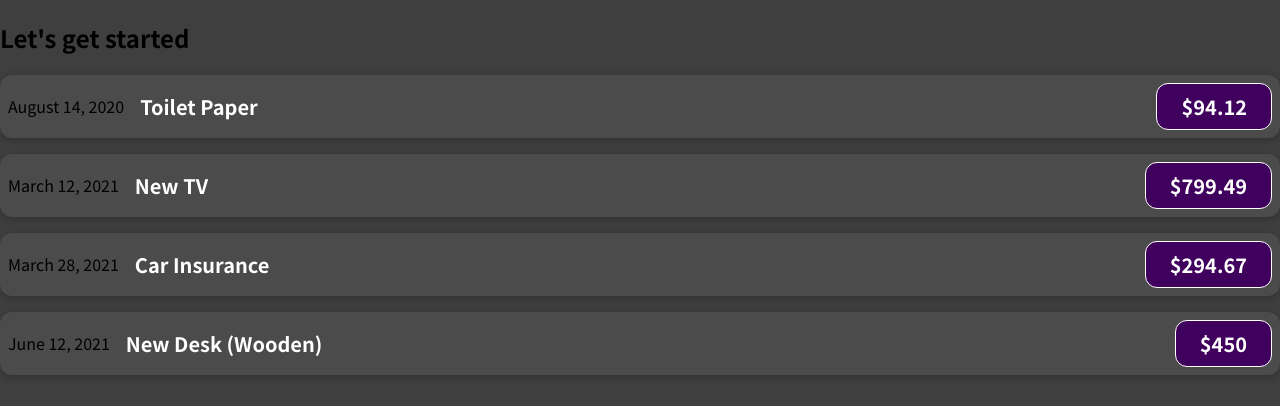
Repository: runner855/expense-tracker
Page: /
These files come from the project's save history. The page is drawn as it stood at one moment and after the next save; the edit follows.
The browser window is 1280 px wide. The pictures show the whole page.
The project was rebuilt for these pictures with package versions that can differ from the ones it lists, and the page was loaded fresh each time.

Above is the page before, as saved 2022-09-02 15:14:38.

### src/index.js
import React from 'react';
import ReactDOM from 'react-dom/client';
import expenses from './data/expenses.json';
import './styles/index.css';
import App from './components/App';

const root = ReactDOM.createRoot(document.getElementById('root'));
root.render(
  <React.StrictMode>
    <App expenses={expenses.expenses} />
  </React.StrictMode>
);

### src/data/expenses.json
{
  "expenses": [
    {
      "id": "e1",
      "title": "Toilet Paper",
      "amount": 94.12,
      "date": 1597408017000
    },
    {
      "id": "e2",
      "title": "New TV",
      "amount": 799.49,
      "date": 1615552017000
    },
    {
      "id": "e3",
      "title": "Car Insurance",
      "amount": 294.67,
      "date": 1616934417000
    },
    {
      "id": "e4",
      "title": "New Desk (Wooden)",
      "amount": 450,
      "date": 1623500817000
    }
  ]
}

### src/components/App.js
import React from 'react';
import ExpenseItem from '../components/ExpenseItem';


const App = (props) => {
  console.log(props)





  return (
    <div className="App">
      <h2>Let's get started</h2>
      <ExpenseItem date={props.expenses[0].date} title={props.expenses[0].title} amount={props.expenses[0].amount} />
      <ExpenseItem date={props.expenses[1].date} title={props.expenses[1].title} amount={props.expenses[1].amount} />
      <ExpenseItem date={props.expenses[2].date} title={props.expenses[2].title} amount={props.expenses[2].amount} />
      <ExpenseItem date={props.expenses[3].date} title={props.expenses[3].title} amount={props.expenses[3].amount} />






    </div>
  );
}

export default App;

### src/components/ExpenseItem.js
import React from 'react';
import '../styles/ExpenseItem.css'
import moment from 'moment';


const ExpenseItem = (props) => {

  const { date, title, amount } = props;
  const myDate = moment(date).format(" LL ")


  return (
    <div className='expense-item'>
      <div className='expense-item__date'>
        {myDate}
      </div>
      <div className='expense-item__description'>
        <h2>{`${title}`}</h2>
        <div className='expense-item__price'>
          ${`${amount}`}
        </div>
      </div>
    </div>)
}

export default ExpenseItem;

### src/styles/ExpenseItem.css
.expense-item {
  display: flex;
  justify-content: space-between;
  align-items: center;
  box-shadow: 0 2px 8px rgba(0, 0, 0, 0.25);
  padding: 0.5rem;
  margin: 1rem 0;
  border-radius: 12px;
  background-color: #4b4b4b;
}

.expense-item__description {
  display: flex;
  flex-direction: column;
  gap: 1rem;
  align-items: flex-end;
  flex-flow: column-reverse;
  justify-content: flex-start;
  flex: 1;
}

.expense-item h2 {
  color: #3a3a3a;
  font-size: 1rem;
  flex: 1;
  margin: 0 1rem;
  color: white;
}

.expense-item__price {
  font-size: 1rem;
  font-weight: bold;
  color: white;
  background-color: #40005d;
  border: 1px solid white;
  padding: 0.5rem;
  border-radius: 12px;
}

@media (min-width: 580px) {
  .expense-item__description {
    flex-direction: row;
    align-items: center;
    justify-content: flex-start;
    flex: 1;
  }

  .expense-item__description h2 {
    font-size: 1.25rem;
  }

  .expense-item__price {
    font-size: 1.25rem;
    padding: 0.5rem 1.5rem;
  }
}

Loaded but not shown: public/index.html (common file); src/styles/index.css (common file)

After the next save:
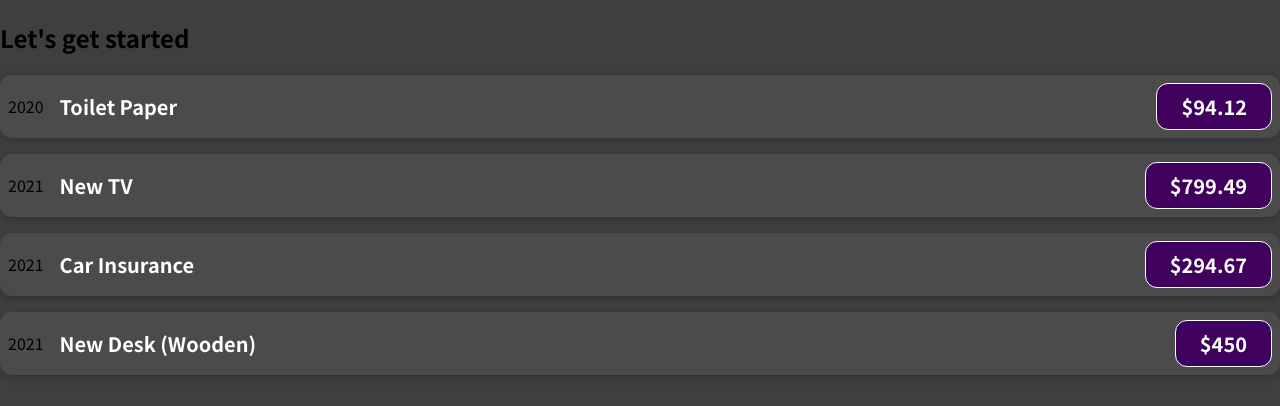
Saved 35 s later.
--- a/src/components/ExpenseItem.js
+++ b/src/components/ExpenseItem.js
@@ -6,7 +6,7 @@ import moment from 'moment';
 const ExpenseItem = (props) => {
 
   const { date, title, amount } = props;
-  const myDate = moment(date).format(" LL ")
+  const myDate = moment(date).format(" YYYY ")
 
 
   return (
